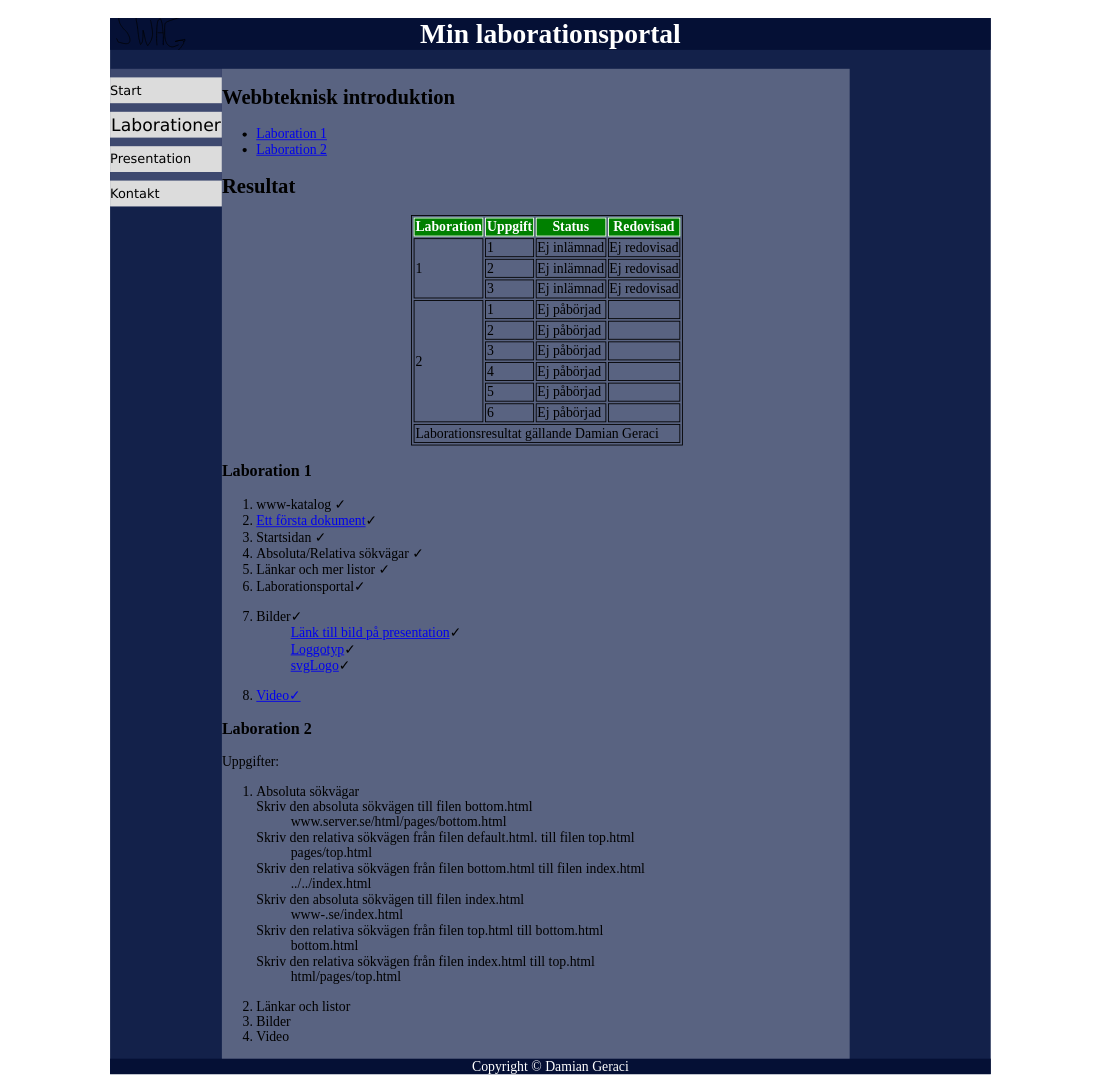
Repository: dg222dm/1ik415-laborationer
Page: pages/laborationer.html
The author's editor kept a record of every edit. The page is drawn from the files as they stood at one moment, then again after the next edit.
The browser window is 1280 px wide. The pictures show the whole page, at 86% of full size.

Above is the page before.

After the next edit:
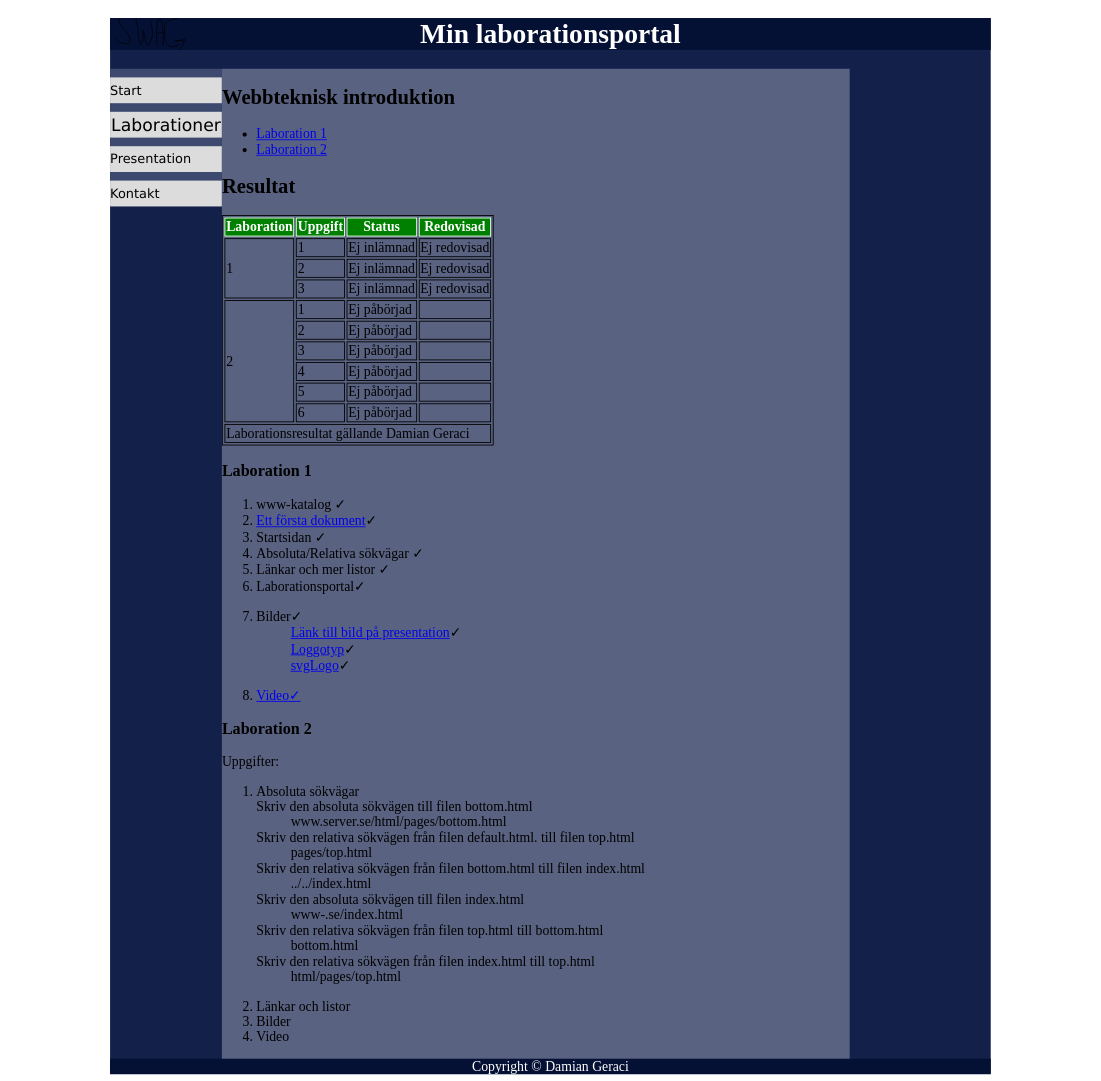
The edit:
--- a/pages/laborationer.html
+++ b/pages/laborationer.html
@@ -35,7 +35,7 @@
 <!--Tabell med studieresultat -->
 <!-- http://www.w3schools.com/tags/tryit.asp?filename=tryhtml_td_rowspan -->
         <h2>Resultat</h2>
-        <table class="center">
+        <table>
             <thead>
                 <tr>
                     <th>Laboration</th>
